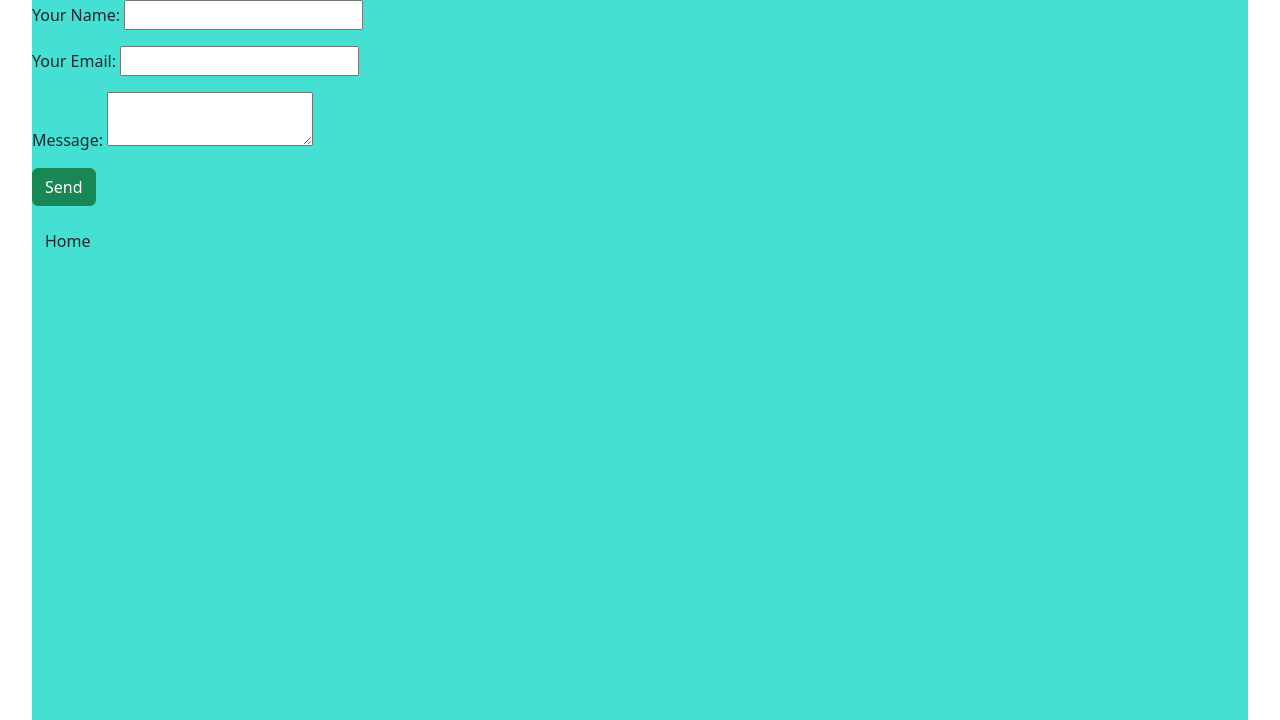
Repository: collegedude9300/zenstationnext
Page: /Contact
These files come from the project's save history. The page is drawn as it stood at one moment and after the next save; the edit follows.
The browser window is 1280 px wide. The pictures show the whole page.
The project was rebuilt for these pictures with package versions that can differ from the ones it lists, and the page was loaded fresh each time. The framework's server and built-in components were replaced by stand-ins that run in the browser. Also part of the build but not shown: next.config.js.

Above is the page before, as saved 2022-10-11 14:35:37.

After the next save:
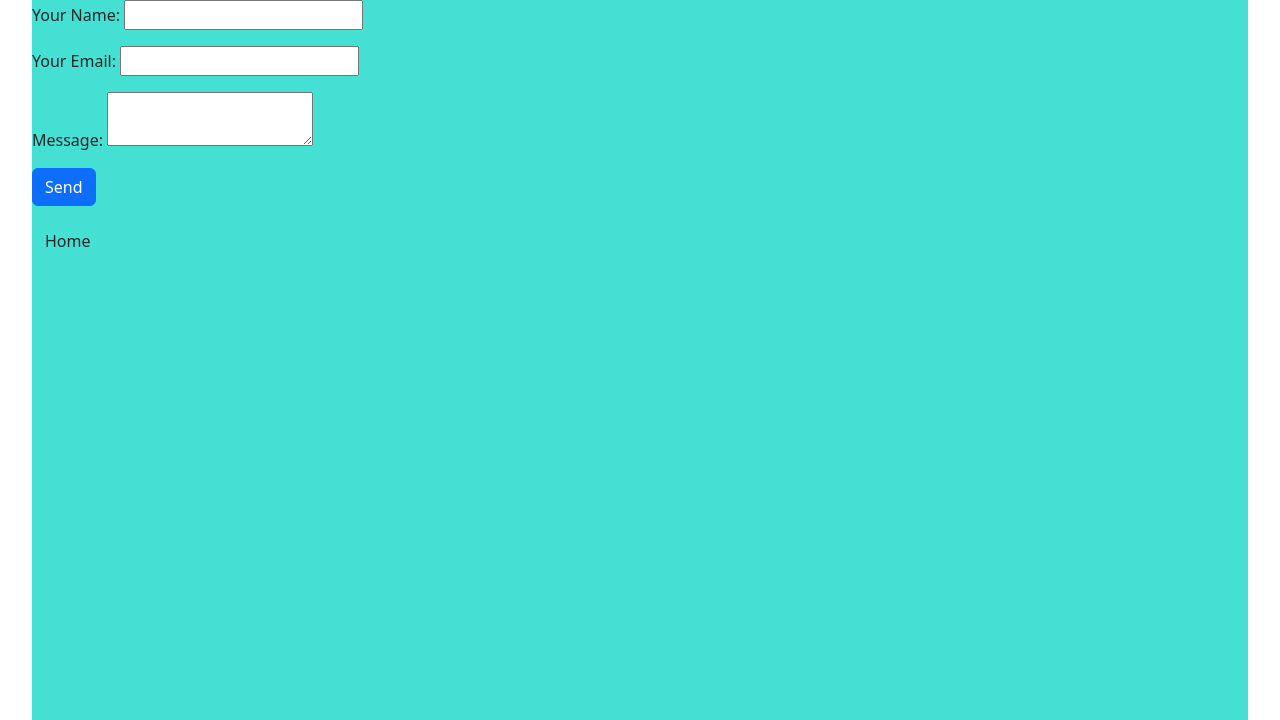
Saved 6 s later.
--- a/pages/Contact.js
+++ b/pages/Contact.js
@@ -17,7 +17,7 @@ return (
       <p> <label>Your Name: <input type="text" name="name" /></label>    </p>
       <p> <label>Your Email: <input type="email" name="email" /></label> </p>
       <p> <label>Message: <textarea name="message"></textarea></label>   </p>
-      <p> <button type="submit" class="btn btn-success">Send</button>    </p>
+      <p> <button type="submit" class="btn btn-primary">Send</button>    </p>
     </form>
     <Link href="/">
     <a class="btn btn -success">Home</a>
